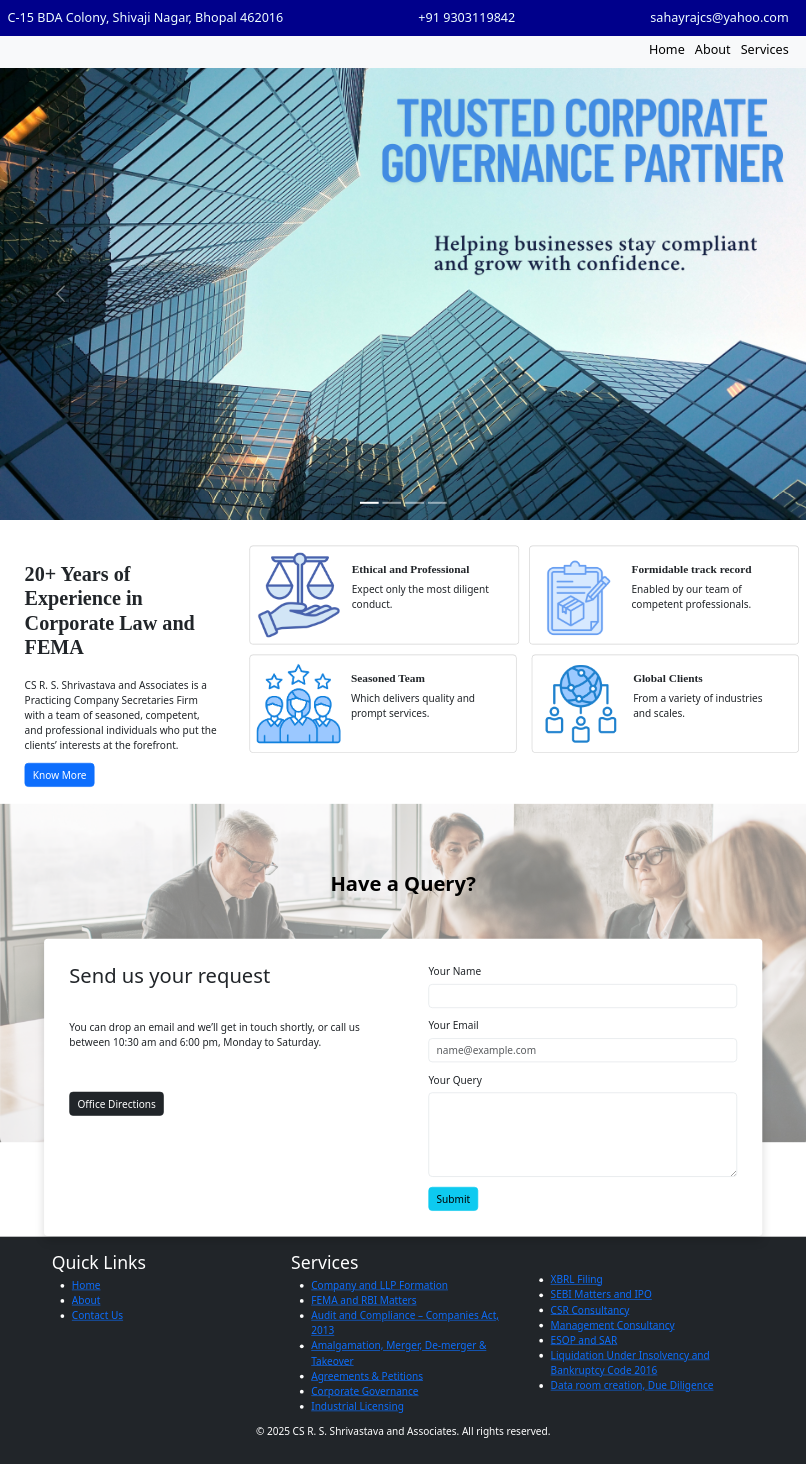
Repository: aayushiss/CS-RSS
Page: index.html
These files come from the project's save history. The page is drawn as it stood at one moment and after the next save; the edit follows.
The browser window is 1280 px wide. The pictures show the whole page, at 63% of full size.

Above is the page before, as saved 2025-05-15 20:59:55.

### index.html
<!DOCTYPE html>
<html lang="en">

<head>
  <meta charset="UTF-8">
  <meta name="viewport" content="width=device-width, initial-scale=1.0">
  <title>R. S. Shrivastava</title>
  <link href="https://cdn.jsdelivr.net/npm/bootstrap@5.3.3/dist/css/bootstrap.min.css" rel="stylesheet"
    integrity="sha384-QWTKZyjpPEjISv5WaRU9OFeRpok6YctnYmDr5pNlyT2bRjXh0JMhjY6hW+ALEwIH" crossorigin="anonymous">
  <link rel="stylesheet" type="text/css" href="style.css">
</head>

<body>
  <nav class="navbar fixed-top custom-navbar">
    <div class="container-fluid d-flex justify-content-between">
      <a class="navbar-brand"
        href="https://www.google.com/maps/place/R+S+SHRIVASTAVA+%26+ASSOCIATES/@23.2288499,77.4244091,17z/data=!3m1!4b1!4m6!3m5!1s0x397c425fada83073:0xcb1e8ba90a487f4e!8m2!3d23.228845!4d77.426984!16s%2Fg%2F1td0r8v9?entry=ttu&g_ep=EgoyMDI1MDUxMi4wIKXMDSoASAFQAw%3D%3D"
        target="_blank">C-15 BDA Colony, Shivaji Nagar, Bhopal 462016</a>
      <a class="navbar-brand" href="" tel:+919303119842"">+91 9303119842</a>
      <a class="navbar-brand" href="mailto:sahayrajcs@yahoo.com">sahayrajcs@yahoo.com</a>
    </div>
  </nav>
  <div class="navbar-space"></div>

  <nav class="navbar sticky-top second-navbar bg-light">
    <div class="container-fluid d-flex justify-content-end">
      <a class="navbar-brand" href="index.html">Home</a>
      <a class="navbar-brand" href="about.html">About</a>
      <a class="navbar-brand" href="#">Services</a>
    </div>
  </nav>

  <div id="carouselExampleCaptions" class="carousel slide">
    <div class="carousel-indicators">
      <button type="button" data-bs-target="#carouselExampleCaptions" data-bs-slide-to="0" class="active"
        aria-current="true" aria-label="Slide 1"></button>
      <button type="button" data-bs-target="#carouselExampleCaptions" data-bs-slide-to="1"
        aria-label="Slide 2"></button>
      <button type="button" data-bs-target="#carouselExampleCaptions" data-bs-slide-to="2"
        aria-label="Slide 3"></button>
      <button type="button" data-bs-target="#carouselExampleCaptions" data-bs-slide-to="3"
        aria-label="Slide 4"></button>
    </div>
    <div class="carousel-inner">
      <div class="carousel-item active">
        <img src="images/Trusted corporate governance partner.png" class="d-block w-100" alt="...">
        <div class="carousel-caption d-none d-md-block">
          <!-- <h5>First slide label</h5>
              <p>Some representative placeholder content for the first slide.</p> -->
        </div>
      </div>
      <div class="carousel-item">
        <img src="images/LegalConsultancy.png" class="d-block w-100" alt="...">
      </div>
      <div class="carousel-item">
        <img src="images/companyIncorporation.png" class="d-block w-100" alt="...">
      </div>
      <div class="carousel-item">
        <img src="images/annualFilingReturn.png" class="d-block w-100" alt="...">
      </div>
    </div>
    <button class="carousel-control-prev" type="button" data-bs-target="#carouselExampleCaptions" data-bs-slide="prev">
      <span class="carousel-control-prev-icon" aria-hidden="true"></span>
      <span class="visually-hidden">Previous</span>
    </button>
    <button class="carousel-control-next" type="button" data-bs-target="#carouselExampleCaptions" data-bs-slide="next">
      <span class="carousel-control-next-icon" aria-hidden="true"></span>
      <span class="visually-hidden">Next</span>
    </button>
  </div>
  <div class="container-fluid" style="margin-top: 40px;">

    <div class="row">
      <div class="col-auto" style="width: 30vw;">
        <div class="card" style="border-color: white;">
          <div class="card-body">
            <h5 class="card-title">20+ Years of
              Experience in Corporate Law and FEMA</h5>
            <p class="card-text" style="padding-top: 20px">CS R. S. Shrivastava and Associates is a Practicing Company
              Secretaries Firm with a team of seasoned, competent, and professional individuals who put the clients’
              interests at the forefront.</p>
            <a href="about.html" class="btn btn-primary">Know More</a>
          </div>
        </div>
      </div>
      <div class="col">
        <div class="row row-cols-2 g-3">
          <div class="col">
            <div class="card mb-3">
              <div class="row g-0">
                <div class="col-md-4">
                  <img src="images/8629542.png" class="img-fluid rounded-start" alt="...">
                </div>
                <div class="col-md-8">
                  <div class="card-body">
                    <h5 class="card-title">Ethical and Professional</h5>
                    <p class="card-text">Expect only the most diligent conduct.</p>
                  </div>
                </div>
              </div>
            </div>
          </div>
          <div class="col">
            <div class="card mb-3">
              <div class="row g-0">
                <div class="col-md-4">
                  <img src="images/16919209.png" class="img-fluid rounded-start" alt="...">
                </div>
                <div class="col-md-8">
                  <div class="card-body">
                    <h5 class="card-title">Formidable track record</h5>
                    <p class="card-text">Enabled by our team of competent professionals.</p>
                  </div>
                </div>
              </div>
            </div>
          </div>
        </div>
        <div class="row">
          <div class="col">
            <div class="card mb-3">
              <div class="row g-0">
                <div class="col-md-4">
                  <img src="images/images.png" class="img-fluid rounded-start" alt="...">
                </div>
                <div class="col-md-8">
                  <div class="card-body">
                    <h5 class="card-title">Seasoned Team
                    </h5>
                    <p class="card-text">Which delivers quality and prompt services.</p>
                  </div>
                </div>
              </div>
            </div>
          </div>
          <div class="col">
            <div class="card mb-3">
              <div class="row g-0">
                <div class="col-md-4">
                  <img src="images/11743537.png" class="img-fluid rounded-start" alt="...">
                </div>
                <div class="col-md-8">
                  <div class="card-body">
                    <h5 class="card-title">Global Clients
                    </h5>
                    <p class="card-text">From a variety of industries and scales.</p>
                  </div>
                </div>
              </div>
            </div>
          </div>
        </div>
      </div>
    </div>
  </div>

  <div class="position-relative" style="margin-bottom: 150px;">
    <img src="images/haveAQuery.jpg" class="img-fluid" alt="..." style="opacity: .5;">
    <h2 class="position-absolute start-50 translate-middle-x text-black fw-bold" style="top: 20%;">
      Have a Query?
    </h2>

    <div class="container-md position-absolute start-50 translate-middle-x" style="top: 40%;" id="contact-section">
      <div class="row bg-white rounded shadow">
        <div class="col" style="padding: 40px;">
          <h2>Send us your request</h2>
          <p style="margin-top: 50px;">
            You can drop an email and we’ll get in touch shortly, or call us between 10:30 am and 6:00 pm, Monday to
            Saturday.
          </p>
          <div class="btn btn-dark" style="margin-top: 50px;">
            <a href="https://www.google.com/maps/place/R+S+SHRIVASTAVA+%26+ASSOCIATES/@23.2288499,77.4244091,17z/data=!3m1!4b1!4m6!3m5!1s0x397c425fada83073:0xcb1e8ba90a487f4e!8m2!3d23.228845!4d77.426984!16s%2Fg%2F1td0r8v9?entry=ttu&g_ep=EgoyMDI1MDUxMi4wIKXMDSoASAFQAw%3D%3D"
              style="color: white; text-decoration: none; padding-top: 20px;" target="_blank">Office Directions</a>
          </div>
        </div>
        <div class="col" style="padding: 40px;">
          <div class="mb-3">
            <label for="formControlInput1" class="form-label">Your Name</label>
            <input class="form-control" id="ƒormControlInput1">
          </div>
          <div class="mb-3">
            <label for="formControlTextarea1" class="form-label">Your Email</label>
            <input type="email" class="form-control" id="formControlInput1" placeholder="name@example.com">
          </div>
          <div class="mb-3">
            <label for="formControlTextarea2" class="form-label">Your Query</label>
            <textarea class="form-control" id="exampleFormControlTextarea1" rows="5"></textarea>
          </div>
          <div class="btn btn-info">Submit</div>

        </div>
      </div>
    </div>
  </div>
  </div>
  <footer class="bg-dark text-white py-4 mt-5">
    <div class="container">
      <div class="row">
        <div class="col">
          <h3>Quick Links</h3>
          <ul class="footer-links">
            <li><a href="index.html">Home</a></li>
            <li><a href="about.html">About</a></li>
            <li><a href="#contact-section">Contact Us</a></li>
          </ul>
        </div>
        <div class="col">
          <h3>Services</h3>
          <ul class="footer-links">
            <li><a href="index.html">Company and LLP Formation</a></li>
            <li><a href="about.html">FEMA and RBI Matters</a></li>
            <li><a href="#contact-section">Audit and Compliance – Companies Act, 2013</a></li>
            <li><a href="hncjsd">Amalgamation, Merger, De-merger & Takeover</a></li>
            <li><a href="hncjsd">Agreements & Petitions</a></li>
            <li><a href="hncjsd">Corporate Governance</a></li>
            <li><a href="hncjsd">Industrial Licensing</a></li>
          </ul>
        </div>
        <div class="col" style="margin-top: 2rem;">
          <ul>
            <li><a href="hncjsd">XBRL Filing</a></li>
            <li><a href="hncjsd">SEBI Matters and IPO</a></li>
            <li><a href="hncjsd">CSR Consultancy</a></li>
            <li><a href="hncjsd">Management Consultancy</a></li>
            <li><a href="hncjsd">ESOP and SAR</a></li>
            <li><a href="hncjsd">Liquidation Under
              Insolvency and Bankruptcy Code 2016</a></li>
            <li><a href="hncjsd">Data room creation, Due Diligence</a></li>
          </ul>
        </div>
      </div>

    </div>
    <p class="text-center">&copy; 2025 CS R. S. Shrivastava and Associates. All rights reserved.</p>
  </footer>

  <script src="https://cdn.jsdelivr.net/npm/bootstrap@5.3.3/dist/js/bootstrap.bundle.min.js"
    integrity="sha384-YvpcrYf0tY3lHB60NNkmXc5s9fDVZLESaAA55NDzOxhy9GkcIdslK1eN7N6jIeHz"
    crossorigin="anonymous"></script>
</body>

</html>

### style.css
.custom-navbar {
    background-color: darkblue;
}

.custom-navbar .navbar-brand {
    color: azure;
}

.navbar-space {
    margin-top: 50px;
}

.second-navbar .navbar-brand{
    color: black;
}

.custom-card{
    height: 25vh;
}

.custom-card .card-img{
    height: 100%;
    object-fit: cover;
}

.container-fluid .card{
    padding: 10px;
}
.container-fluid .card-title{
font-family: 'Times New Roman', Times, serif;
font-weight: bold;
font-size: xx-large;
}

.container-fluid .col-md-8 .card-title{
font-family: 'Times New Roman', Times, serif;
font-size: large;
}

.footer-links ul {
    list-style: none;
    text-decoration: none;
  }

After the next save:
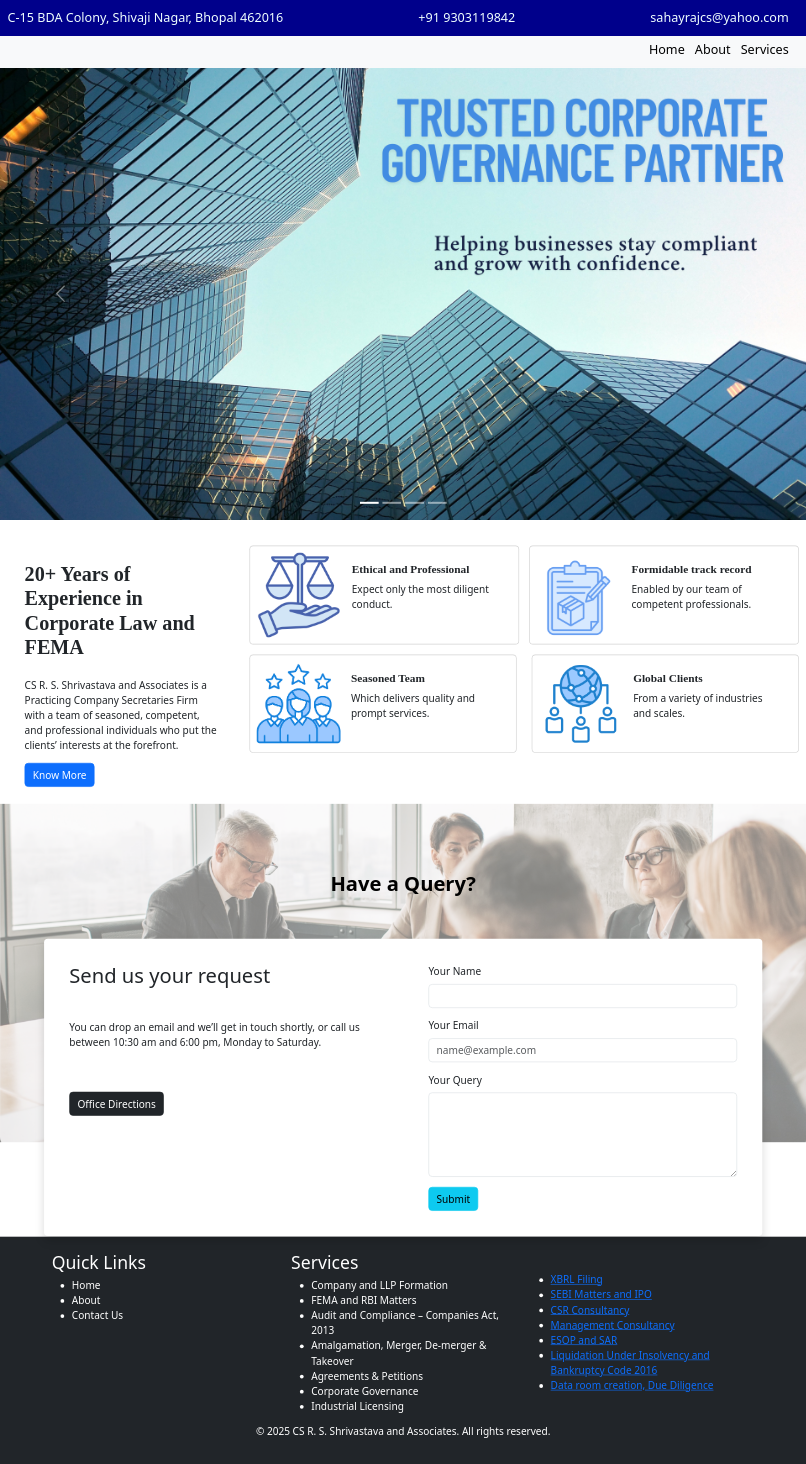
Saved 43 s later.
--- a/style.css
+++ b/style.css
@@ -10,34 +10,40 @@
     margin-top: 50px;
 }
 
-.second-navbar .navbar-brand{
+.second-navbar .navbar-brand {
     color: black;
 }
 
-.custom-card{
+.custom-card {
     height: 25vh;
 }
 
-.custom-card .card-img{
+.custom-card .card-img {
     height: 100%;
     object-fit: cover;
 }
 
-.container-fluid .card{
+.container-fluid .card {
     padding: 10px;
 }
-.container-fluid .card-title{
-font-family: 'Times New Roman', Times, serif;
-font-weight: bold;
-font-size: xx-large;
+
+.container-fluid .card-title {
+    font-family: 'Times New Roman', Times, serif;
+    font-weight: bold;
+    font-size: xx-large;
 }
 
-.container-fluid .col-md-8 .card-title{
-font-family: 'Times New Roman', Times, serif;
-font-size: large;
+.container-fluid .col-md-8 .card-title {
+    font-family: 'Times New Roman', Times, serif;
+    font-size: large;
 }
 
 .footer-links ul {
     list-style: none;
+    /* text-decoration: none; */
+}
+
+.footer-links a {
+    color: white;
     text-decoration: none;
-  }
+}
